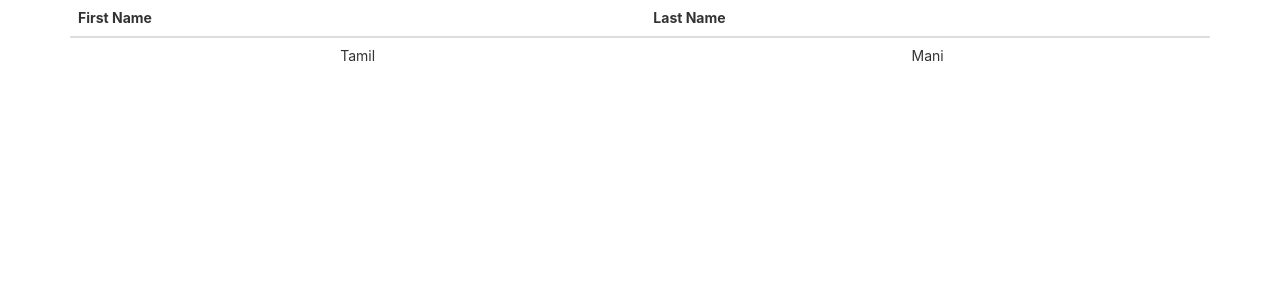
Repository: Green-Technologies-Angular/React-js
Page: /
An editor plug-in stored every save of this project. The page is shown before and after the next save, followed by the edit.
The browser window is 1280 px wide. The pictures show the whole page.
The project was rebuilt for these pictures with package versions that can differ from the ones it lists, and the page was loaded fresh each time.

Above is the page before, as saved 2019-03-18 10:20:09.

After the next save:
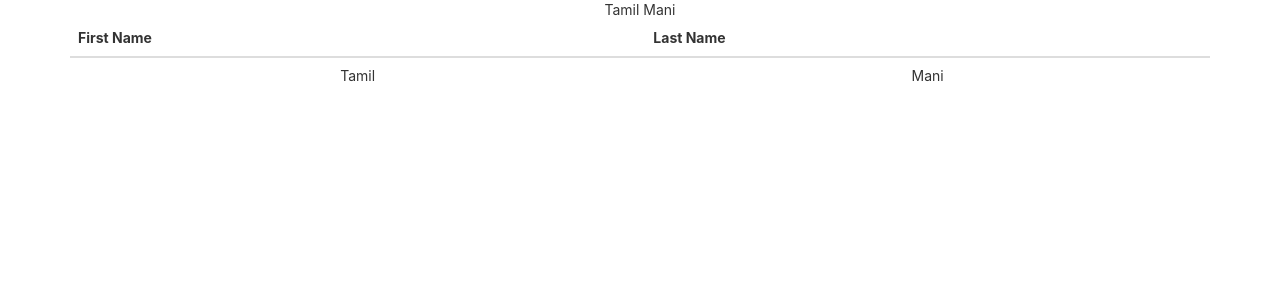
Saved 27 s later.
--- a/src/App.js
+++ b/src/App.js
@@ -13,6 +13,7 @@ class App extends Component {
   render() {
     return (
       <div className="App">
+        {this.state.name}
         <Header chennai={this.state.firstName} csk={this.state.lastName}/>
       </div>
     );
